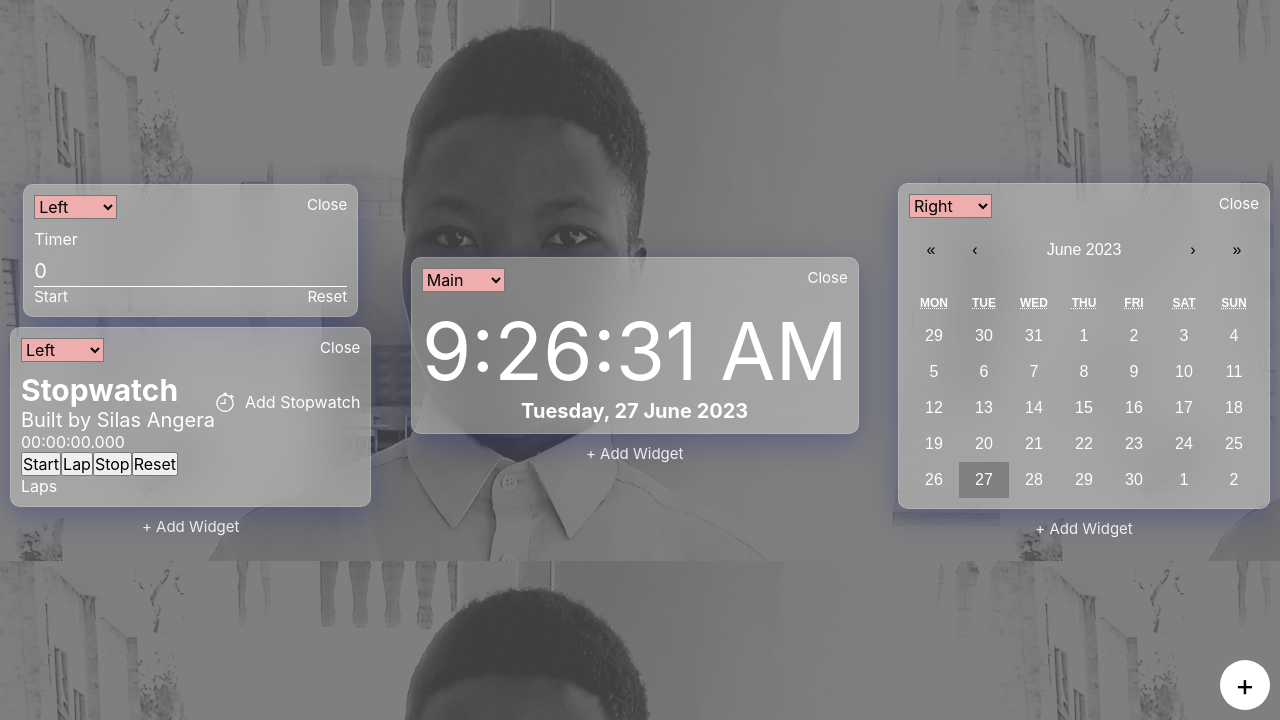
Repository: Angera-Silas/Planner-app
Page: /
The author's editor kept a copy of each file at every save. The page is drawn from the files as they stood at one save, then again after the next save.
The browser window is 1280 px wide. The pictures show the whole page.
The project was rebuilt for these pictures with package versions that can differ from the ones it lists, and the page was loaded fresh each time. Also part of the build but not shown: src/widgets/ReminderListWidget.js, src/modals/WidgetGalleryModal.js.

Above is the page before, as saved 2023-06-27 17:32:02.

After the next save:
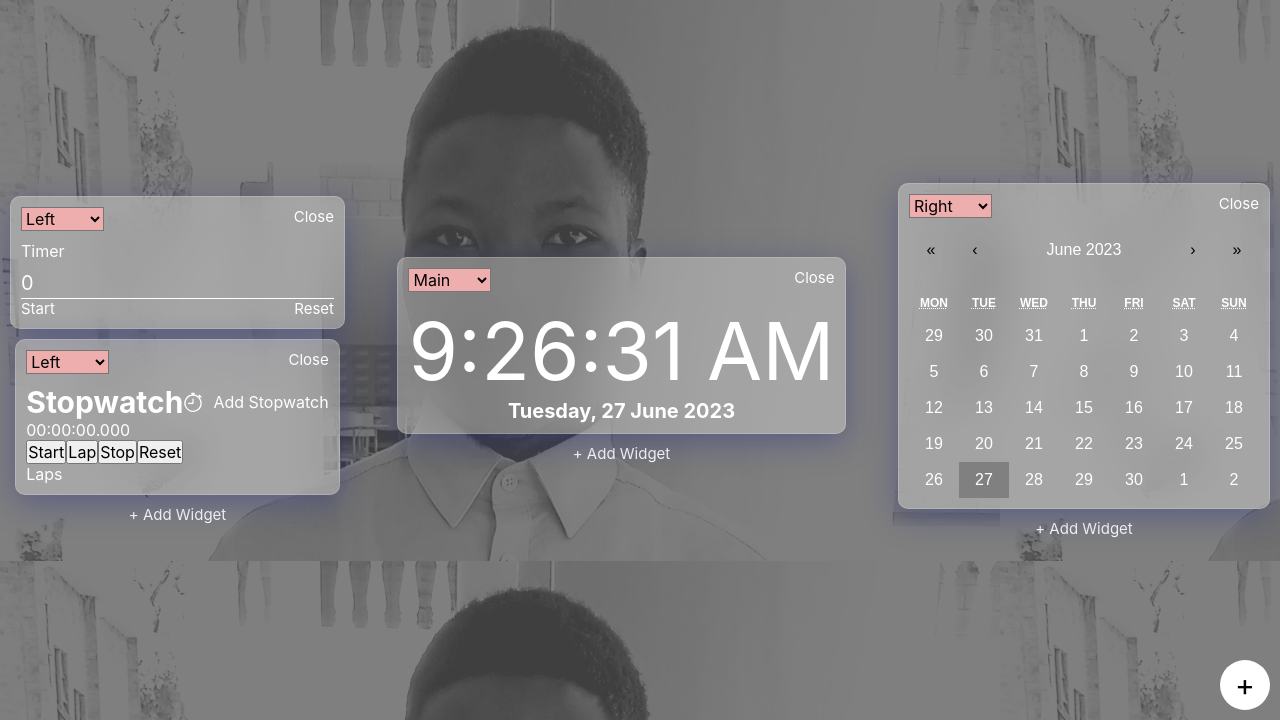
Saved 36 s later.
--- a/src/widgets/MyCustomWidget.js
+++ b/src/widgets/MyCustomWidget.js
@@ -58,7 +58,7 @@ export default function MyCustomWidget() {
        <div style={{ display: "flex", alignItems: "center", flexDirection: "row", justifyContent: "space-between", width: "100%" }}>
       <div style={{ textAlign: "left" }}>
        <h1 style={{ fontWeight: "bold", fontSize: 30 }}>Stopwatch</h1>
-       <p style={{ fontWeight: "normal", fontSize: 20 }}>Built by Silas Angera</p>
+
       </div>
       <div style={{ cursor: "pointer", alignItems: "center", display: "flex", flexDirection: "row", gap: 10 }} onClick={() => setStopwatchData([...stopwatchData, { id: stopwatchData.length, name: `Timer ${stopwatchData.length + 1}`, time: 0, isRunning: false, lap: [], pause: [] }])}>
        <BsStopwatch size={20} color={"white"} />
